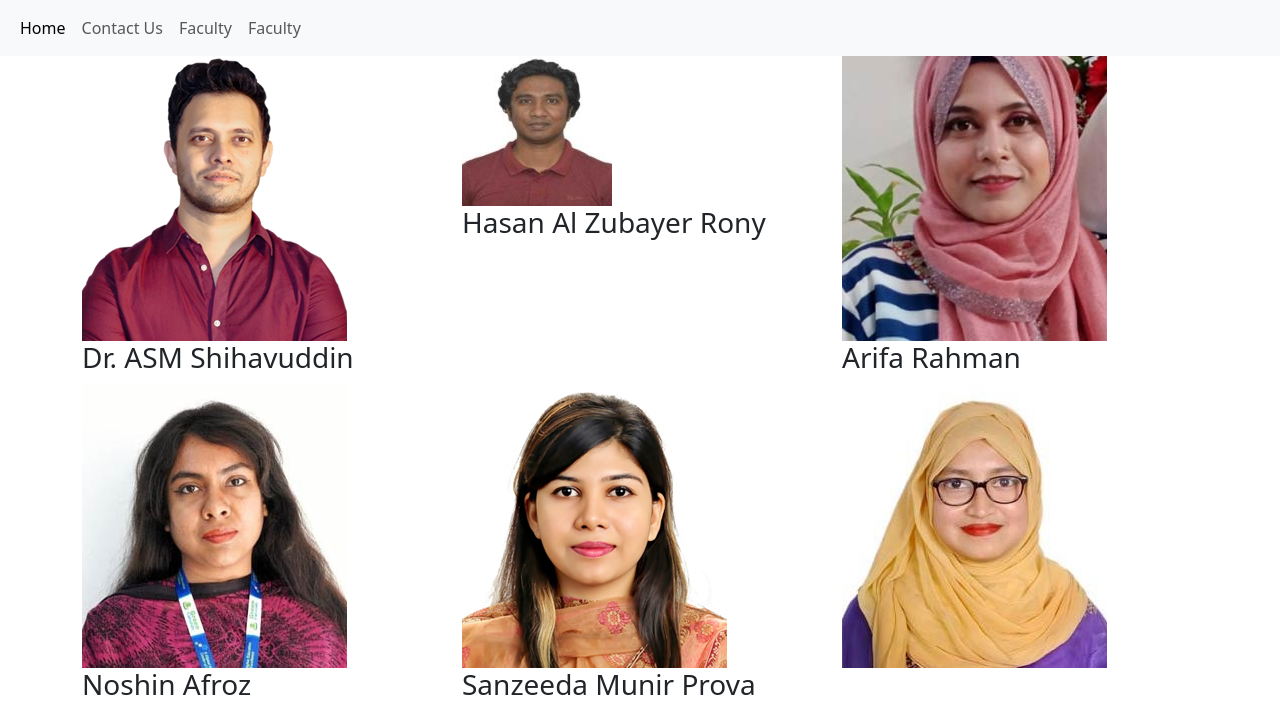
Repository: arafatmollah/cetl
Page: Faculty.html
These files come from the project's save history. The page is drawn as it stood at one moment and after the next save; the edit follows.
The browser window is 1280 px wide. The pictures show the whole page.

Above is the page before, as saved 2023-05-17 21:35:25.

### Faculty.html
<!doctype html>
<html lang="en">
  <head>
    <meta charset="utf-8">
    <meta name="viewport" content="width=device-width, initial-scale=1">
    <title>Faculty Memebers</title>
    <link href="https://cdn.jsdelivr.net/npm/bootstrap@5.3.0-alpha3/dist/css/bootstrap.min.css" rel="stylesheet" integrity="sha384-KK94CHFLLe+nY2dmCWGMq91rCGa5gtU4mk92HdvYe+M/SXH301p5ILy+dN9+nJOZ" crossorigin="anonymous">
  </head>
  <body>
    <nav class="navbar navbar-expand-lg bg-body-tertiary bg-dark text-white">
        <div class="container-fluid">
          <button class="navbar-toggler" type="button" data-bs-toggle="collapse" data-bs-target="#navbarNav" aria-controls="navbarNav" aria-expanded="false" aria-label="Toggle navigation">
            <span class="navbar-toggler-icon"></span>
          </button>
          <div class="collapse navbar-collapse" id="navbarNav">
            <ul class="navbar-nav">
              <li class="nav-item">
                <a class="nav-link active" aria-current="page" href="home.html">Home</a>
              </li>
              <li class="nav-item">
                <a class="nav-link" href="About.html">Contact Us</a>
              </li>
              <li class="nav-item">
                <a class="nav-link" href="Faculty.html">Faculty</a>
              </li>
              <li class="nav-item">
                <a class="nav-link" href="#">Faculty</a>
              </li>
            </ul>
          </div>
        </div>
      </nav>
    <div class="container">
        <div class="row">
            <div class="col-md-4">
                <img src="image/eee-Chairman-1.png" class="img-fluid">
                <h3>Dr. ASM Shihavuddin</h3>
            </div>
            <div class="col-md-4">
                <img src="image/Rony-Sir-Photograph-150x150.jpg" class="img-fluid">
                <h3>Hasan Al Zubayer Rony</h3>
            </div>
            <div class="col-md-4">
                <img src="image/arifa-mem.jpg" class="img-fluid">
                <h3>Arifa Rahman</h3>
            </div>
        </div>
        <div class="row">
            <div class="col-md-4">
                <img src="image/Noshin-Afroz.jpg" class="img-fluid">
                <h3>Noshin Afroz</h3>
            </div>
            <div class="col-md-4">
                <img src="image/Bus-Faculty.png" class="img-fluid">
                <h3>Sanzeeda Munir Prova</h3>
            </div>
            <div class="col-md-4">
                <img src="image/Mst.-Farhana-Khatun.jpg" class="img-fluid">
                <h3></h3>
            </div>
        </div>
    </div>
    <script src="https://cdn.jsdelivr.net/npm/bootstrap@5.3.0-alpha3/dist/js/bootstrap.bundle.min.js" integrity="sha384-ENjdO4Dr2bkBIFxQpeoTz1HIcje39Wm4jDKdf19U8gI4ddQ3GYNS7NTKfAdVQSZe" crossorigin="anonymous"></script>
  </body>
</html>

After the next save:
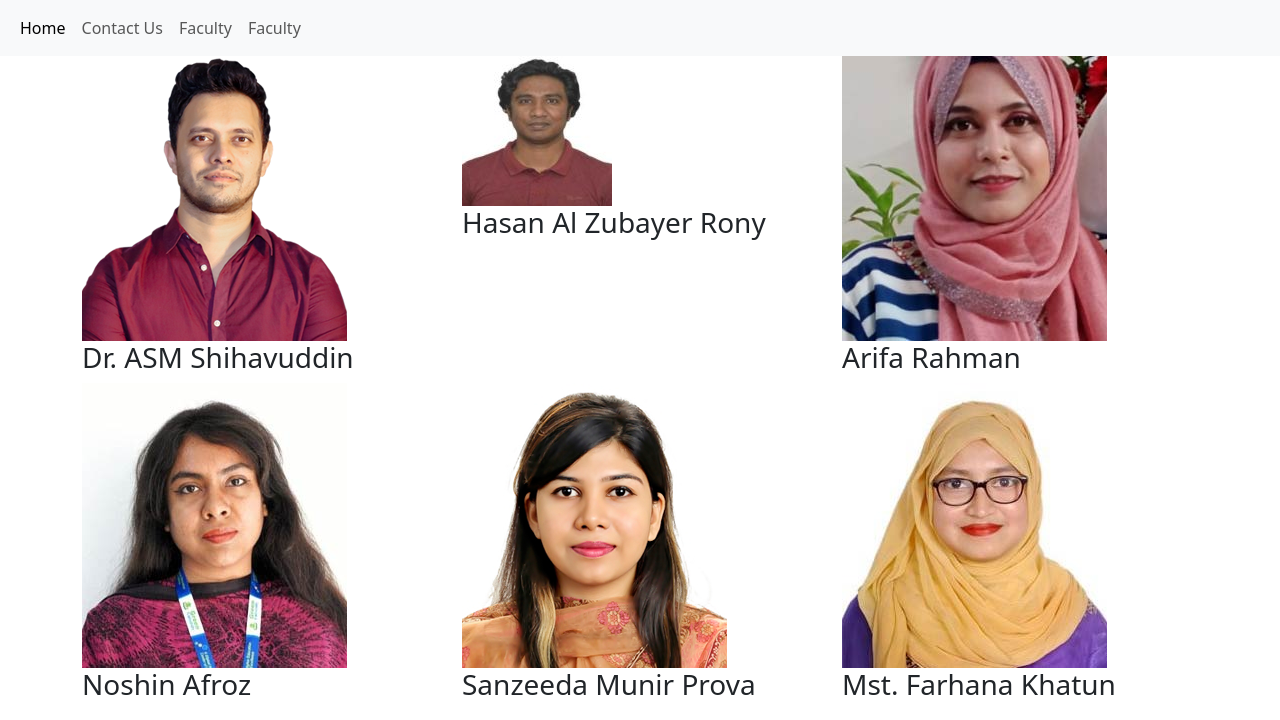
Saved 9 s later.
--- a/Faculty.html
+++ b/Faculty.html
@@ -56,7 +56,7 @@
             </div>
             <div class="col-md-4">
                 <img src="image/Mst.-Farhana-Khatun.jpg" class="img-fluid">
-                <h3></h3>
+                <h3>Mst. Farhana Khatun</h3>
             </div>
         </div>
     </div>
